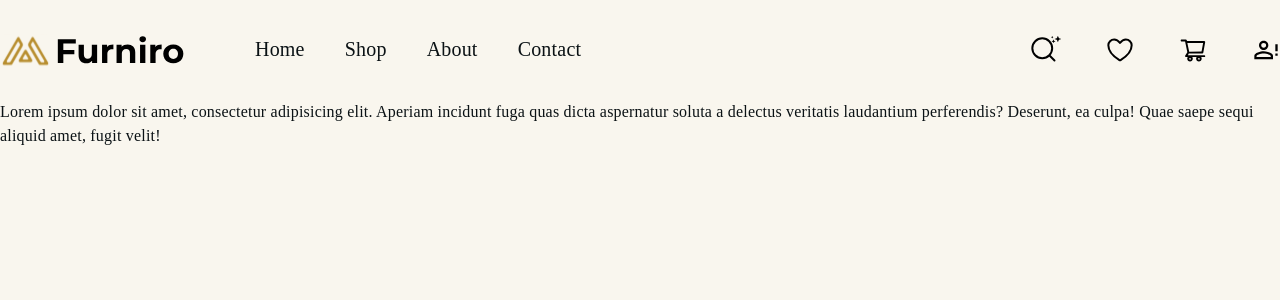
Repository: binhphanbp/furniro-interior_website
Page: index.html
The author's editor kept a copy of each file at every save. The page is drawn from the files as they stood at one save, then again after the next save.
The browser window is 1280 px wide. The pictures show the whole page.

Above is the page before, as saved 2025-02-19 22:50:51.

### index.html
<!DOCTYPE html>
<html lang="en">
  <head>
    <meta charset="UTF-8" />
    <meta name="viewport" content="width=device-width, initial-scale=1.0" />
    <title>Furniro</title>

    <!-- Favicon -->
    <link rel="shortcut icon" href="./icons/favicon.ico" type="image/x-icon" />
    <link rel="icon" href="./icons/favicon.ico" type="image/x-icon" />

    <!-- Link CSS -->
    <link rel="stylesheet" href="./src/assets/styles/main.css" />
  </head>
  <body class="homepage">
    <!-- PROGRESS BAR -->
    <div class="progress-container">
      <div class="progress-bar"></div>
    </div>

    <!-- HEADER -->

    <header class="header">
      <div class="container">
        <nav class="header__menu">
          <a class="header__logo" href="#">
            <img src="./icons/furniro-logo-type.svg" alt="logo-furniro" />
          </a>
          <ul class="header__menu-list">
            <li>
              <a href="" class="avtive">home</a>
            </li>
            <li>
              <a href="">shop</a>
            </li>
            <li>
              <a href="">about</a>
            </li>
            <li>
              <a href="">contact</a>
            </li>
          </ul>
        </nav>
        <ul class="header__icons">
          <a href="#" class="header__icons-item">
            <img src="./icons/icon-search.svg" alt="icon-search" />
          </a>
          <a href="#" class="header__icons-item">
            <img src="./icons/icon-heart.svg" alt="icon-heart" />
          </a>
          <a href="#" class="header__icons-item">
            <img src="./icons/icon-cart.svg" alt="icon-cart"
          /></a>
          <a href="#" class="header__icons-item">
            <img src="./icons/icon-account-alert.svg" alt="icon-account" />
          </a>
        </ul>
      </div>
    </header>

    <!-- MAIN -->
    <main class="main">
      <p>
        Lorem ipsum dolor sit amet, consectetur adipisicing elit. Aperiam
        incidunt fuga quas dicta aspernatur soluta a delectus veritatis
        laudantium perferendis? Deserunt, ea culpa! Quae saepe sequi aliquid
        amet, fugit velit!
      </p>
      <!-- Section Hero -->
      <section class="schero">
        <div class="container"></div>
      </section>

      <!-- Section Menu -->
      <section class="scmenu">
        <div class="container"></div>
      </section>

      <!-- Section Services -->
      <section class="scservices">
        <div class="container"></div>
      </section>

      <!-- Section Delivery -->
      <section class="scdelivery">
        <div class="container"></div>
      </section>

      <!-- Section Our Customers -->
      <section class="sccustomers">
        <div class="container"></div>
      </section>

      <!-- Section Our Blog -->
      <section class="scblog">
        <div class="container"></div>
      </section>
    </main>

    <!-- FOOTER -->
    <footer class="footer">
      <div class="container"></div>
    </footer>

    <!-- JavaScript -->
    <script type="module" src="./src/scripts/main.js"></script>
  </body>
</html>

### src/assets/styles/main.css
/* Reset CSS */
@import './base/reset.css';

/* Font */
@import './base/variables.css';
@import './base/fonts.css';

/* Layouts (General Structure) */
@import './base/layouts.css';

/* Components */
@import './components/header.css';
@import './components/footer.css';
@import './components/components.css';

/* Pages */
@import './pages/home.css';
@import './pages/shop.css';
@import './pages/shop-details.css';
@import './pages/cart.css';
@import './pages/checkout.css';
@import './pages/product-comparison.css';
@import './pages/blog.css';
@import './pages/contact.css';

### src/assets/styles/base/reset.css
* {
  margin: 0;
  padding: 0;
  border: 0;
  font-size: 100%;
  font: inherit;
  vertical-align: baseline;
  box-sizing: border-box;
}
body {
  line-height: 1;
}
ol,
ul {
  list-style: none;
}
blockquote,
q {
  quotes: none;
}
blockquote:before,
blockquote:after,
q:before,
q:after {
  content: '';
  content: none;
}
table {
  border-collapse: collapse;
  border-spacing: 0;
}
img,
object,
embed {
  max-width: 100%;
}

a {
  text-decoration: none;
  outline: 0;
}
strong {
  font-family: db;
}
sub {
  vertical-align: sub;
  font-size: smaller;
}
sup {
  vertical-align: super;
  font-size: smaller;
}

### src/assets/styles/base/variables.css
:root {
  /* Page Setting Variables */
  --max-width-page: 2560px;
  --max-width-container-fluid: 1920px;
  --max-width-container: calc(1236px + calc(var(--gap) * 2));

  --gap: 30px;
  --pd-left-right: 20px;

  /* Color Variables */
  --primary-cl: #b88e2f;
  --primary-cl-hover: #d3ac51;
  --secondary-cl: #fff3e3;
  --tertiary-cl: #f3e9dc;

  --white-page-cl: #f9f6ee;
  --black-cl: #0b1215;

  --gray-dark-cl: #898989;
  --gray-light-cl: #9f9f9f;
  --product-hover: #3a3a3a;

  --red-cl: #e97171;
  --green-cl: #2ec1ac;
  --purple-cl: #816dfa;

  /* Font-size, Line-height, Letter-spacing Variables: */
  --fs-h1: 5.6rem;
  --lh-h1: 6.5rem;
  --ls-h1: 2px;

  --fs-h2: 4rem;
  --lh-h2: 4.8rem;
  --ls-h2: 0.25px;

  --fs-h3: 2.4rem;
  --lh-h3: 2.8rem;
  --ls-h3: 0.1px;

  --fs-text-button: 1.6rem;
  --lh-text-button: 2.4rem;
  --ls-text-button: 0.2px;

  --fs-body: 1.6rem;
  --lh-body: 2.4rem;
  --ls-body: 0.2px;

  /* Fonts: */
  --font-body: ppr;
  --font-body-light: ppl;
  --font-body-medium: ppm;
  --font-body-semibold: ppsb;
  --font-body-bold: ppb;

  /* General Variables */
  --height-header: 100px;
  --height-footer: 505px;
  --height-button: 48px;
  --height-button-medium: 64px;
  --height-button-large: 74px;
  --pd-section: 60px;

  /* Timing Transition Variables: */
  --duration: 0.4s;
  --cubic: cubic-bezier(0.59, 0.29, 0.15, 0.93);
}

### src/assets/styles/base/fonts.css
@font-face {
  font-family: 'ppl';
  src: url('../../fonts/Poppins-Light.woff2') format('woff2'),
    url('../../fonts/Poppins-Light.woff') format('woff');
  font-weight: 300;
  font-style: normal;
  font-display: swap;
}

@font-face {
  font-family: 'ppr';
  src: url('../../fonts/Poppins-Regular.woff2') format('woff2'),
    url('../../fonts/Poppins-Regular.woff') format('woff');
  font-weight: normal;
  font-style: normal;
  font-display: swap;
}

@font-face {
  font-family: 'ppm';
  src: url('../../fonts/Poppins-Medium.woff2') format('woff2'),
    url('../../fonts/Poppins-Medium.woff') format('woff');
  font-weight: 500;
  font-style: normal;
  font-display: swap;
}

@font-face {
  font-family: 'ppsb';
  src: url('../../fonts/Poppins-SemiBold.woff2') format('woff2'),
    url('../../fonts/Poppins-SemiBold.woff') format('woff');
  font-weight: 600;
  font-style: normal;
  font-display: swap;
}

@font-face {
  font-family: 'ppb';
  src: url('../../fonts/Poppins-Bold.woff2') format('woff2'),
    url('../../fonts/Poppins-Bold.woff') format('woff');
  font-weight: bold;
  font-style: normal;
  font-display: swap;
}

### src/assets/styles/base/layouts.css
html {
  font-size: 62.5%;

  scroll-behavior: smooth;

  /* CUSTOM SCROLLBAR */
  /* width */
  ::-webkit-scrollbar {
    width: 10px;
  }
  /* Track */
  ::-webkit-scrollbar-track {
    background: var(--gray-light-cl);
  }
  /* Handle */
  ::-webkit-scrollbar-thumb {
    background: var(--primary-cl);
    border-radius: 40px;
  }
  /* Handle on hover */
  ::-webkit-scrollbar-thumb:hover {
    background: var(--gray-dark-cl);
  }

  /* Custom background-color text selection */
  ::-moz-selection {
    color: var(--white-page-cl);
    background: var(--primary-cl);
  }
  ::selection {
    color: var(--white-page-cl);
    background: var(--primary-cl);
  }
}

body {
  background-color: var(--white-page-cl);
  color: var(--black-cl);
  width: 100%;
  max-width: var(--max-width-page);
  margin: auto;
  font-family: prr;
  font-size: var(--fs-body);
  line-height: var(--lh-body);
  letter-spacing: var(--ls-body);
}

.container {
  max-width: var(--max-width-container);
  margin: 0 auto;
}

### src/assets/styles/components/header.css
.header {
  height: var(--height-header);
}

.header .container {
  display: flex;
  align-items: center;
  justify-content: space-between;
  height: 100%;
}

.header .header__menu {
  display: flex;
  align-items: center;
  gap: 50px;
}

/* Header Menu */
.header .header__menu .header__menu-list {
  display: flex;
}

.header .header__menu .header__menu-list li a {
  padding: 8px var(--pd-left-right);
  text-transform: capitalize;
  font-size: 2rem;
  color: var(--black-cl);
}

/* Header Icons */
.header .header__icons {
  display: flex;
  gap: 45px;
}

### src/assets/styles/components/components.css
img {
  max-width: 100%;
  -webkit-user-select: none;
  -moz-user-select: none;
  -ms-user-select: none;
  user-select: none;
  display: block;
  outline: 0;
  object-fit: contain;
}

img .--center {
  margin: 0 auto;
  display: block;
}

.--hidden {
  display: none;
}

/* Progress Bar */
.progress-container {
  position: fixed;
  top: 0;
  left: 0;
  width: 100%;
  height: 5px;
  background: var(--white-page-cl);
}

.progress-bar {
  height: 100%;
  background: var(--primary-cl);
  width: 0%;

  /* Scroll-driven animation */
  animation: grow linear;
  animation-timeline: scroll();
}

@keyframes grow {
  from {
    width: 0%;
  }
  to {
    width: 100%;
  }
}

/* Heading */
.heading {
  font-family: prb;
  color: var(--black-cl);
  text-transform: uppercase;
}
.heading .--h1 {
  font-size: var(--fs-h1);
  line-height: var(--lh-h1);
  letter-spacing: var(--ls-h1);
}
.heading .--h2 {
  font-size: var(--fs-h2);
  line-height: var(--lh-h2);
  letter-spacing: var(--ls-h2);
}
.heading .--h3 {
  font-size: var(--fs-h3);
  line-height: var(--lh-h3);
  letter-spacing: var(--ls-h3);
}
.heading .--primary-cl {
  color: var(--primary-cl);
}
.heading .--gray-light-cl {
  color: var(--gray-light-cl);
}

.textbutton {
  font-family: var(--font-body-semibold);
  font-size: var(--fs-text-button);
  line-height: var(--lh-text-button);
  letter-spacing: var(--ls-text-button);
}
/* Textbox */
.textbox .--align-center {
  text-align: center;
}

.textbox .desc {
  margin-top: 10px;
  color: var(--gray-dark-cl);
}

/* BUTTON */
.btn {
  display: inline-flex;
  align-items: center;
  justify-content: center;
  gap: 10px;
  padding: 0 36px;

  height: var(--height-button);
  font-family: var(--font-body-semibold);
  border: var(--primary-cl) solid 1px;
  background-color: var(--primary-cl);
  color: var(--white-page-cl);

  white-space: nowrap;
  cursor: pointer;
  transition: var(--duration);
  -webkit-transition: var(--duration);
  -moz-transition: var(--duration);
  -ms-transition: var(--duration);
  -o-transition: var(--duration);
}
.btn:hover {
  border: var(--white-page-cl) solid 1px;
  background-color: var(--primary-cl);
  color: var(--primary-cl);
}

.btn .--large {
  height: var(--height-button-large);
  padding: 0 72px;

  font-family: var(--font-body-bold);
  text-transform: uppercase;
}

.btn .--stroke {
  height: 48px;
  padding: 0 78px;
  background-color: transparent;
  color: var(--primary-cl);
  stroke: 1px solid var(--primary-cl);
}
.btn .--stroke:hover {
  background-color: var(--primary-cl);
  color: var(--white-page-cl);
}

.btn .--stroke-black {
  height: 48px;
  padding: 0 48px;
  background-color: transparent;
  color: var(--black-cl);
  stroke: 1px solid var(--black-cl);
}
.btn .--stroke-black:hover {
  background-color: var(--black-cl);
  color: var(--white-page-cl);
}

/* Button Pagination */
.btn-pagination {
  height: 60px;
  padding: 0 27px;

  background-color: var(--secondary-cl);
  color: var(--black-cl);
}
.btn-pagination:hover {
  background-color: var(--primary-cl-hover);
  color: var(--white-page-cl);
}
.btn-pagination .--active {
  background-color: var(--primary-cl);
  color: var(--white-page-cl);
}

Loaded but not shown: src/scripts/main.js (no stored copy; drawn as an empty file); src/assets/styles/components/footer.css (no stored copy; drawn as an empty file); src/assets/styles/pages/home.css (no stored copy; drawn as an empty file); src/assets/styles/pages/shop.css (no stored copy; drawn as an empty file); src/assets/styles/pages/shop-details.css (no stored copy; drawn as an empty file); src/assets/styles/pages/cart.css (no stored copy; drawn as an empty file); src/assets/styles/pages/checkout.css (no stored copy; drawn as an empty file); src/assets/styles/pages/product-comparison.css (no stored copy; drawn as an empty file); src/assets/styles/pages/blog.css (no stored copy; drawn as an empty file); src/assets/styles/pages/contact.css (no stored copy; drawn as an empty file)

After the next save:
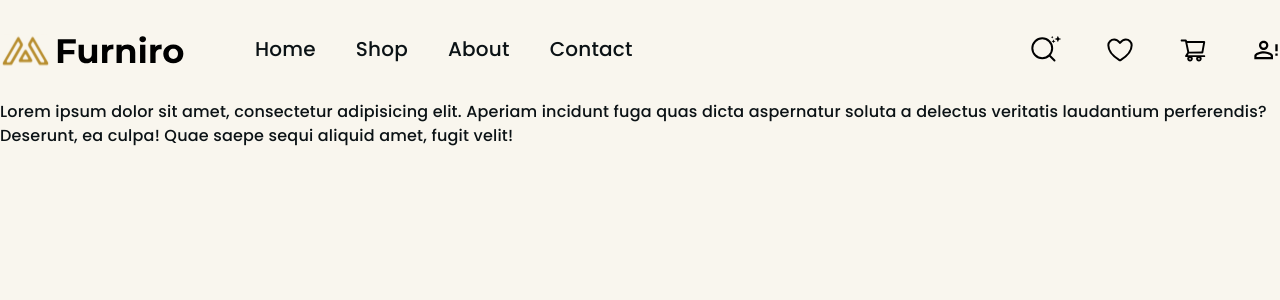
Saved 15 s later.
--- a/src/assets/styles/base/layouts.css
+++ b/src/assets/styles/base/layouts.css
@@ -39,7 +39,7 @@ body {
   width: 100%;
   max-width: var(--max-width-page);
   margin: auto;
-  font-family: prr;
+  font-family: var(--font-body-medium);
   font-size: var(--fs-body);
   line-height: var(--lh-body);
   letter-spacing: var(--ls-body);
